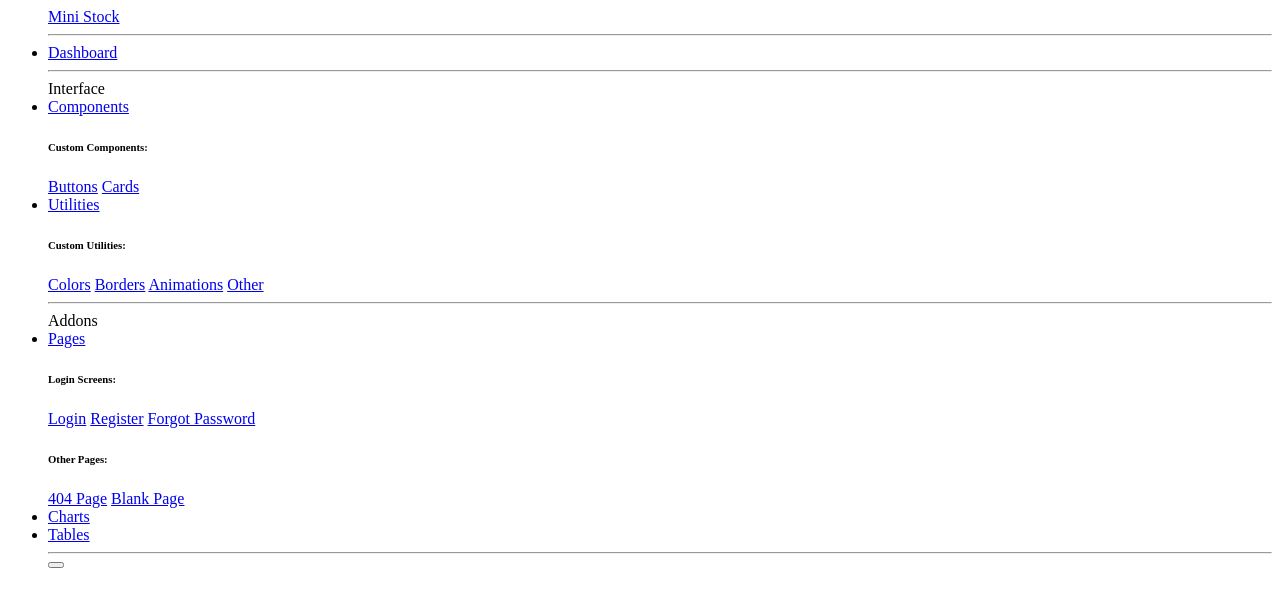
Repository: iamsamitdev/java_class_rd
Page: http://localhost/JavaJSPCRUD/includes/sidebar.jsp
An editor plug-in stored every save of this project. The page is shown before and after the next save, followed by the edit.
The browser window is 1280 px wide. The pictures show the whole page.
The page is served by Tomcat 9.

Above is the page before, as saved 2020-03-12 09:04:43.

### JSP/JavaJSPCRUD/WebContent/includes/sidebar.jsp
  <ul class="navbar-nav bg-gradient-primary sidebar sidebar-dark accordion" id="accordionSidebar">

      <!-- Sidebar - Brand -->
      <a class="sidebar-brand d-flex align-items-center justify-content-center" href="dashboard.jsp">
        <div class="sidebar-brand-text mx-3">Mini Stock</div>
      </a>

      <!-- Divider -->
      <hr class="sidebar-divider my-0">

      <!-- Nav Item - Dashboard -->
      <li class="nav-item active">
        <a class="nav-link" href="index.html">
          <i class="fas fa-fw fa-tachometer-alt"></i>
          <span>Dashboard</span></a>
      </li>

      <!-- Divider -->
      <hr class="sidebar-divider">

      <!-- Heading -->
      <div class="sidebar-heading">
        Interface
      </div>

      <!-- Nav Item - Pages Collapse Menu -->
      <li class="nav-item">
        <a class="nav-link collapsed" href="#" data-toggle="collapse" data-target="#collapseTwo" aria-expanded="true" aria-controls="collapseTwo">
          <i class="fas fa-fw fa-cog"></i>
          <span>Components</span>
        </a>
        <div id="collapseTwo" class="collapse" aria-labelledby="headingTwo" data-parent="#accordionSidebar">
          <div class="bg-white py-2 collapse-inner rounded">
            <h6 class="collapse-header">Custom Components:</h6>
            <a class="collapse-item" href="buttons.html">Buttons</a>
            <a class="collapse-item" href="cards.html">Cards</a>
          </div>
        </div>
      </li>

      <!-- Nav Item - Utilities Collapse Menu -->
      <li class="nav-item">
        <a class="nav-link collapsed" href="#" data-toggle="collapse" data-target="#collapseUtilities" aria-expanded="true" aria-controls="collapseUtilities">
          <i class="fas fa-fw fa-wrench"></i>
          <span>Utilities</span>
        </a>
        <div id="collapseUtilities" class="collapse" aria-labelledby="headingUtilities" data-parent="#accordionSidebar">
          <div class="bg-white py-2 collapse-inner rounded">
            <h6 class="collapse-header">Custom Utilities:</h6>
            <a class="collapse-item" href="utilities-color.html">Colors</a>
            <a class="collapse-item" href="utilities-border.html">Borders</a>
            <a class="collapse-item" href="utilities-animation.html">Animations</a>
            <a class="collapse-item" href="utilities-other.html">Other</a>
          </div>
        </div>
      </li>

      <!-- Divider -->
      <hr class="sidebar-divider">

      <!-- Heading -->
      <div class="sidebar-heading">
        Addons
      </div>

      <!-- Nav Item - Pages Collapse Menu -->
      <li class="nav-item">
        <a class="nav-link collapsed" href="#" data-toggle="collapse" data-target="#collapsePages" aria-expanded="true" aria-controls="collapsePages">
          <i class="fas fa-fw fa-folder"></i>
          <span>Pages</span>
        </a>
        <div id="collapsePages" class="collapse" aria-labelledby="headingPages" data-parent="#accordionSidebar">
          <div class="bg-white py-2 collapse-inner rounded">
            <h6 class="collapse-header">Login Screens:</h6>
            <a class="collapse-item" href="login.html">Login</a>
            <a class="collapse-item" href="register.html">Register</a>
            <a class="collapse-item" href="forgot-password.html">Forgot Password</a>
            <div class="collapse-divider"></div>
            <h6 class="collapse-header">Other Pages:</h6>
            <a class="collapse-item" href="404.html">404 Page</a>
            <a class="collapse-item" href="blank.html">Blank Page</a>
          </div>
        </div>
      </li>

      <!-- Nav Item - Charts -->
      <li class="nav-item">
        <a class="nav-link" href="charts.html">
          <i class="fas fa-fw fa-chart-area"></i>
          <span>Charts</span></a>
      </li>

      <!-- Nav Item - Tables -->
      <li class="nav-item">
        <a class="nav-link" href="tables.html">
          <i class="fas fa-fw fa-table"></i>
          <span>Tables</span></a>
      </li>

      <!-- Divider -->
      <hr class="sidebar-divider d-none d-md-block">

      <!-- Sidebar Toggler (Sidebar) -->
      <div class="text-center d-none d-md-inline">
        <button class="rounded-circle border-0" id="sidebarToggle"></button>
      </div>

    </ul>

After the next save:
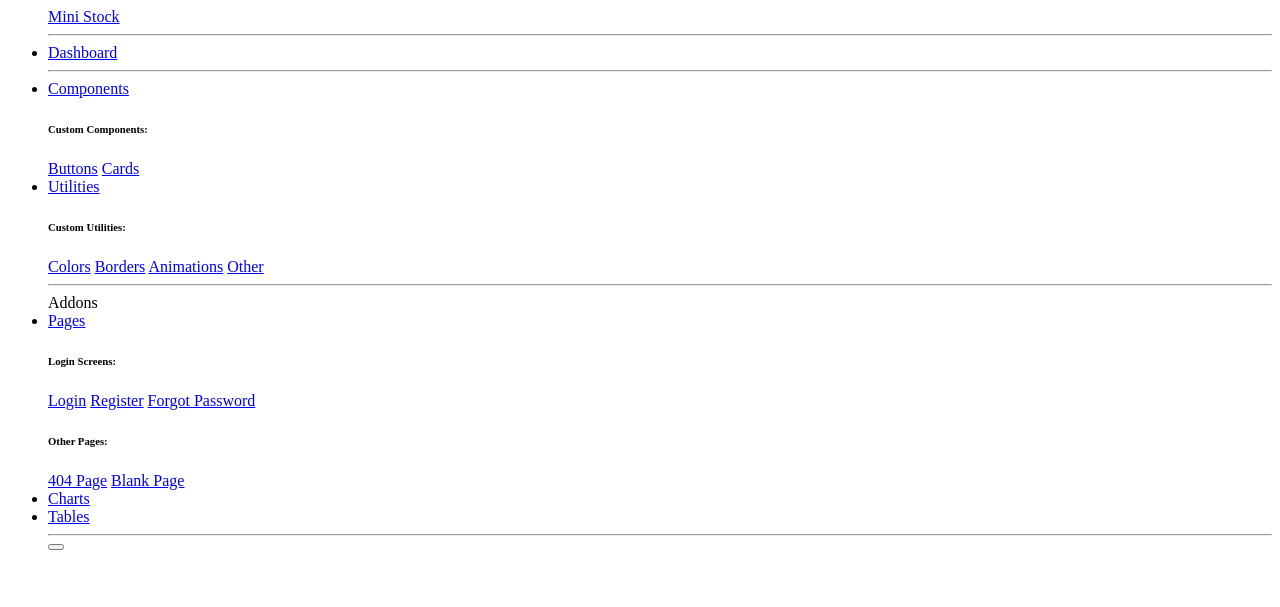
Saved 90 s later.
--- a/JSP/JavaJSPCRUD/WebContent/includes/sidebar.jsp
+++ b/JSP/JavaJSPCRUD/WebContent/includes/sidebar.jsp
@@ -19,9 +19,7 @@
       <hr class="sidebar-divider">
 
       <!-- Heading -->
-      <div class="sidebar-heading">
-        Interface
-      </div>
+
 
       <!-- Nav Item - Pages Collapse Menu -->
       <li class="nav-item">
